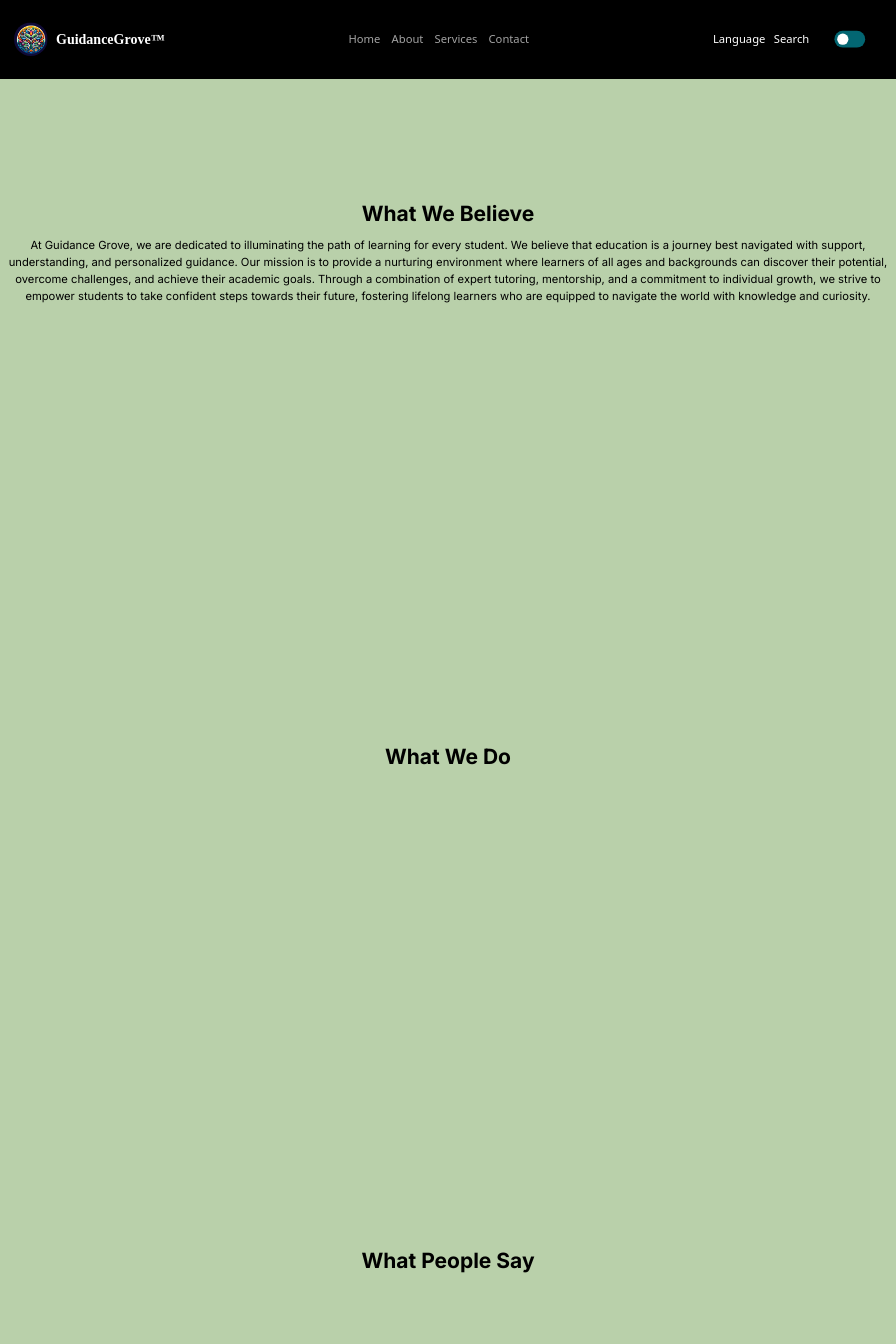
Repository: PositiveGuy/GuidanceGrove
Page: /
These files come from the project's save history. The page is drawn as it stood at one moment and after the next save; the edit follows.
The browser window is 1280 px wide. The pictures show the part of the page from y = 0 to 1920 px (the page is 3874 px tall before and 3914 px after), at 70% of full size.
The project was rebuilt for these pictures with package versions that can differ from the ones it lists, and the page was loaded fresh each time. The framework's server and built-in components were replaced by stand-ins that run in the browser. Also part of the build but not shown: next.config.js.

Above is the page before, as saved 2023-12-28 13:35:24.

After the next save:
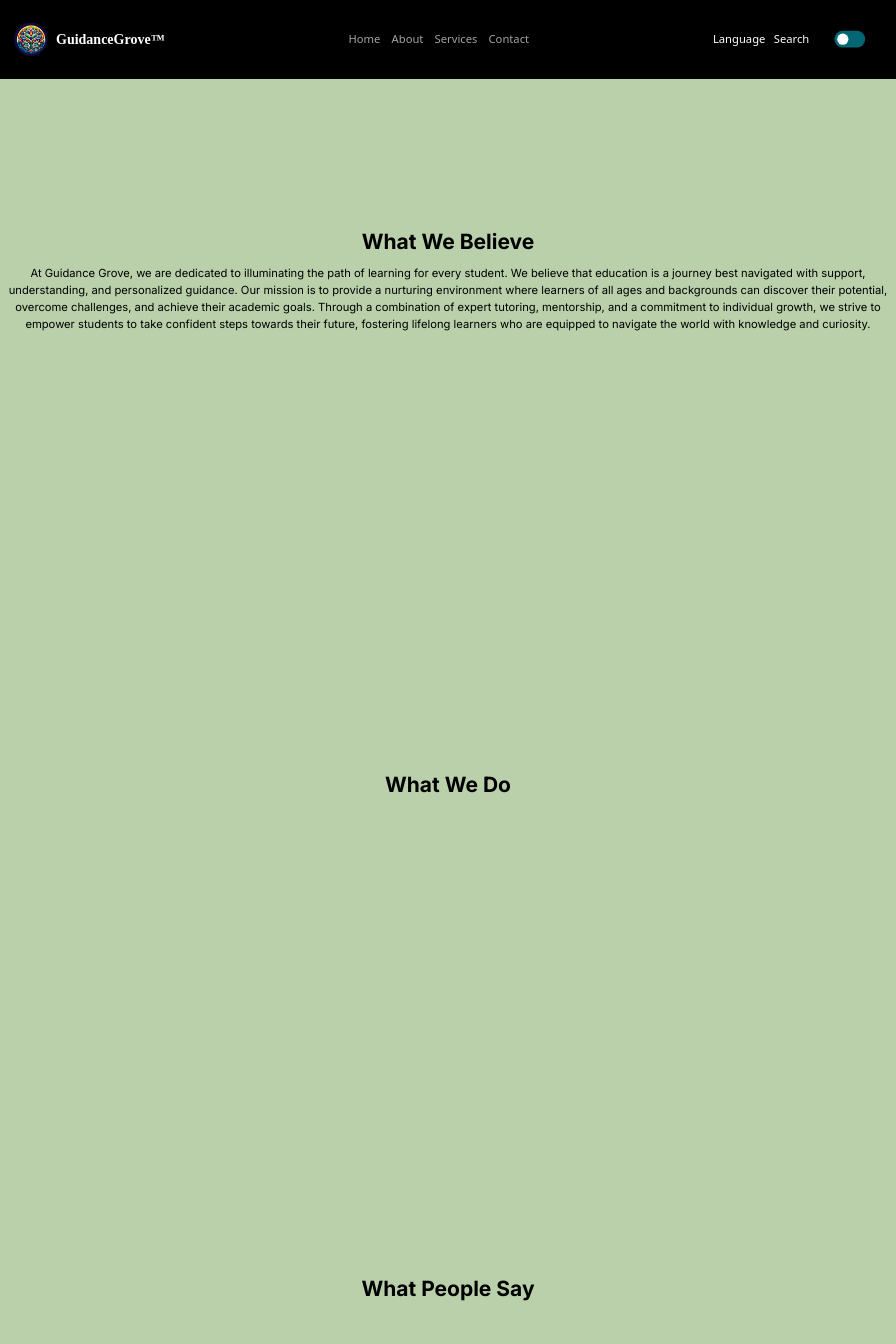
Saved 45 s later.
--- a/src/components/header.tsx
+++ b/src/components/header.tsx
@@ -45,11 +45,11 @@
           <div className="text-white">Search</div>
           <ThemeToggle />
         </div>
-        <div className="  ">
+      </nav>
+      <div className="  ">
 
-          <MobileNavigation />
-        </div>
-      </nav>
+        <MobileNavigation />
+      </div>
     </>
   );
 };

After the save that followed:
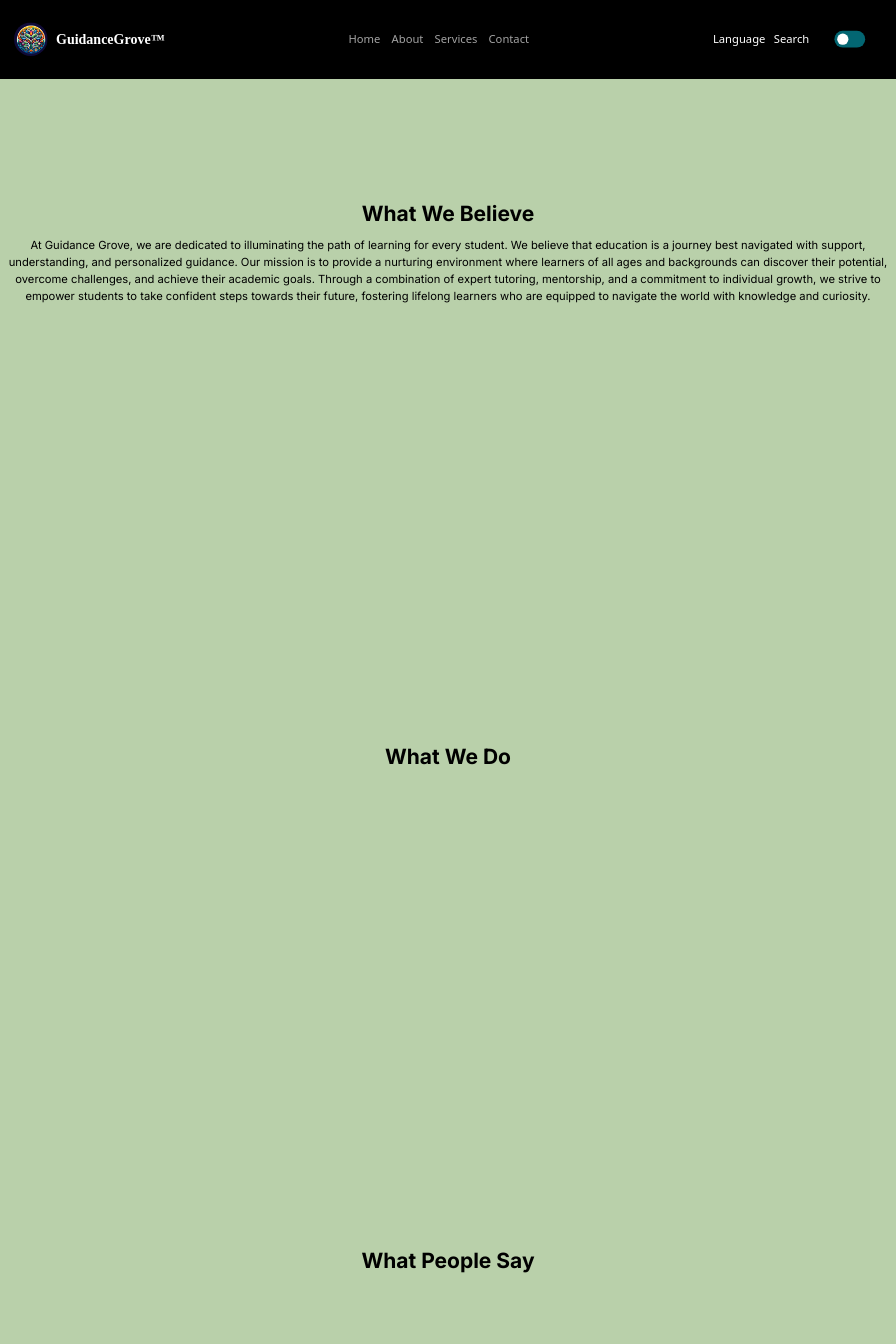
Saved 8 s later.
--- a/src/components/header.tsx
+++ b/src/components/header.tsx
@@ -46,7 +46,7 @@
           <ThemeToggle />
         </div>
       </nav>
-      <div className="  ">
+      <div className="hidden">
 
         <MobileNavigation />
       </div>
